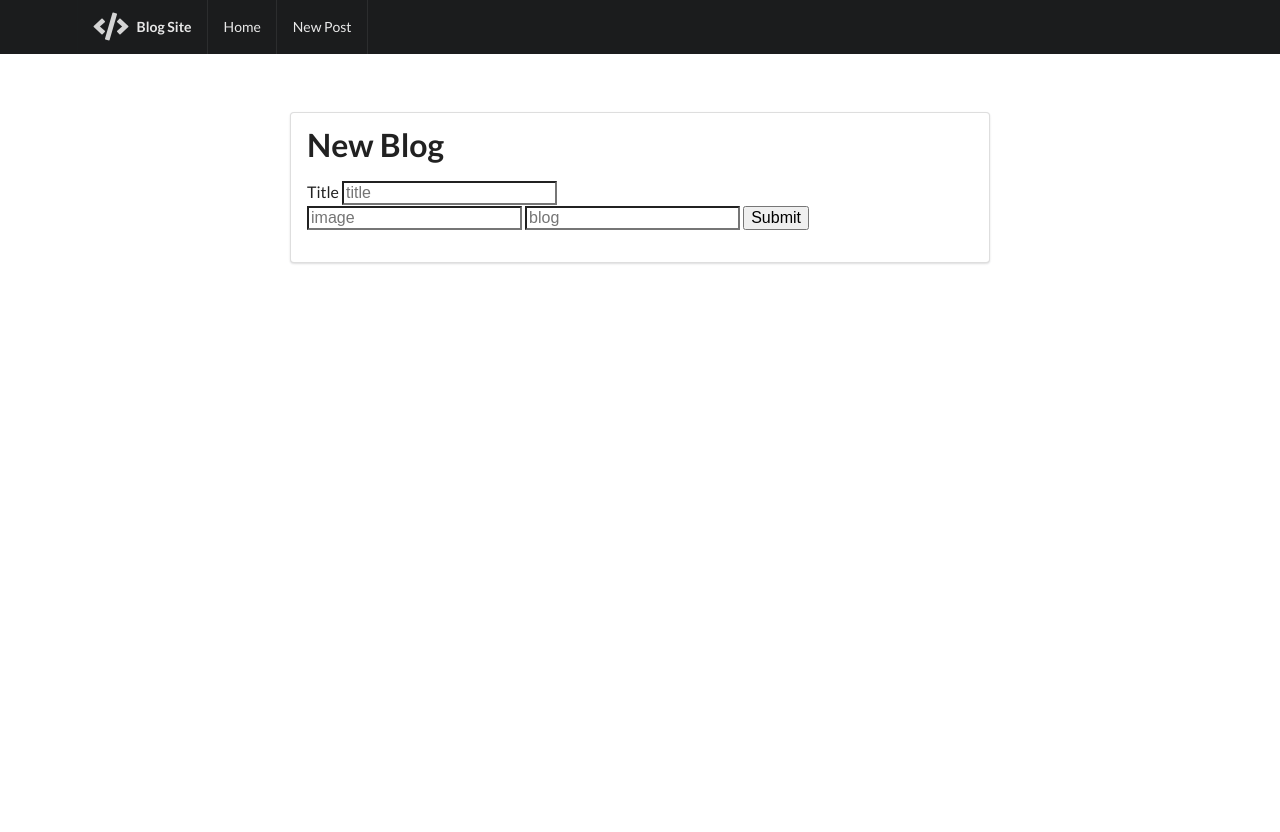
Repository: leandrobellini/Web-Developer-Bootcamp-Udemy
Page: http://localhost/blogs/new
The author's editor kept a record of every edit. The page is drawn from the files as they stood at one moment, then again after the next edit.
The browser window is 1280 px wide. The pictures show the whole page.
Some web libraries are served in a nearby version. The page is served by the project's Node server (RESTfulBlog/app.js).

Above is the page before.

### 29. RESTful Routing/workspace/RESTfulBlog/views/new.ejs
<% include ./partials/header %>

<div class="ui main text container segment">
    <div class="ui huge header">New Blog</div>
    <form action="/blogs" method="POST">
        <div class="field">
            <label>Title</label>
            <input type="text" name="blog[title]" placeholder="title">
        </div>
        <div class="field">
            <label></label>
        </div>
        <div class="field">
            <label></label>
        </div>

        <input type="text" name="blog[image]" placeholder="image">
        <input type="text" name="blog[body]" placeholder="blog">
        <input type="submit">
    </form>
</div>


<% include ./partials/footer %>

### 29. RESTful Routing/workspace/RESTfulBlog/views/partials/header.ejs
<html>
    <head>
        <title>Blog App</title>
        <link rel="stylesheet" type="text/css" href="https://cdnjs.cloudflare.com/ajax/libs/semantic-ui/2.2.11/semantic.css" >
        <link rel="stylesheet" type="text/css" href="/stylesheets/app.css" >
    </head>
    <body>
        <div class="ui fixed inverted menu">
            <div class="ui container">
                <div class="header item">
                    <i class="code icon"></i>
                    Blog Site
                </div>
                <a href="/" class="item">Home</a>
                <a href="/blogs/new" class="item">New Post</a>
            </div>
        </div>

### 29. RESTful Routing/workspace/RESTfulBlog/views/partials/footer.ejs

    </body>
</html>

### 29. RESTful Routing/workspace/RESTfulBlog/app.js
var express =       require("express"),
    app =           express(),
    bodyParser =    require("body-parser"),
    methodOverride = require("method-override"),
    expressSanitizer = require("express-sanitizer"),
    mongoose =      require("mongoose");


//DataBase connect
mongoose.connect("mongodb://localhost/restful_glob_app");

//APP config
app.set("view engine", "ejs");
app.use(express.static("public"));  //pasta a ser usada para arquivos publicos (css, js, imagens)
app.use(bodyParser.urlencoded({extended: true}));
app.use(expressSanitizer());
app.use(methodOverride("_method"));


//MONGO SCHEMA config
var blogSchema = new mongoose.Schema({
    title: String,
    image: String,  //image: {type: String, default: "padrao.jpg"}
    body: String,
    created: {type: Date, default: Date.now}
});

//MONGO MODEL config
var Blog = mongoose.model("Blog",  blogSchema);

// Blog.create({
//     title: "Que dia lindo",
//     image: "https://encrypted-tbn0.gstatic.com/images?q=tbn:ANd9GcQ67GLfV2ki8FH_fPhBaTSIQFJOi5rkvhxhO-1_MavfrL2cB1lt",
//     body: "Nao muito a dizer!"
// });

//RESTful ROUTES
app.get("/", function(req, res) {
   res.redirect("/blogs");
});

app.get("/blogs", function(req, res){
    Blog.find({}, function(err, blogs){
       if(err){
           console.log("Error when trying to find blogs");
       } else{
           res.render("index", {blogs: blogs});
       }
    });
});

app.post("/blogs", function(req, res){
    Blog.create(req.body.blog, function(err, newBlog){
        if(err){
            res.render("/blogs/new");
        }else{
            res.redirect("/blogs");
        }
    });
});

app.get("/blogs/new", function(req, res) {
   res.render("new");
});

app.get("/blogs/:id", function(req, res) {
   Blog.findById(req.params.id, function(err, foundBlog){
       if(err){
           console.log("No found!");
           res.redirect("/blogs");
       }else{
           res.render("show", {blog: foundBlog});
       }
   });
});

app.get("/blogs/:id/edit", function(req, res) {
    Blog.findById(req.params.id, function(err, foundBlog){
       if(err){
           res.redirect("/blogs");
       }else{
           res.render("edit", {blog: foundBlog});
       }
    });
});

app.put("/blogs/:id", function(req, res){
    /* Blog.findByIdAndUpdate(id, newData, callBack) */

    Blog.findByIdAndUpdate(req.params.id, req.body.blog, function(err, updatedBlog){
      if(err){
          res.redirect("/blogs");
      }else{
          res.redirect("/blogs/" + req.params.id);
      }
    });

});

app.delete("/blogs/:id", function(req, res){
    //destroy blog
    Blog.findByIdAndRemove(req.params.id, function(err){
        if(err){
            res.redirect("/blogs");
        }else{
            res.redirect("/blogs");
        }
    })
});

app.listen(process.env.PORT, process.env.IP, function(){
    console.log("running...");
});

### 29. RESTful Routing/workspace/RESTfulBlog/public/stylesheets/app.css
i.icon{
    font-size: 2em;
}

.container.main{
    margin-top: 7.0em;
}

After the next edit:
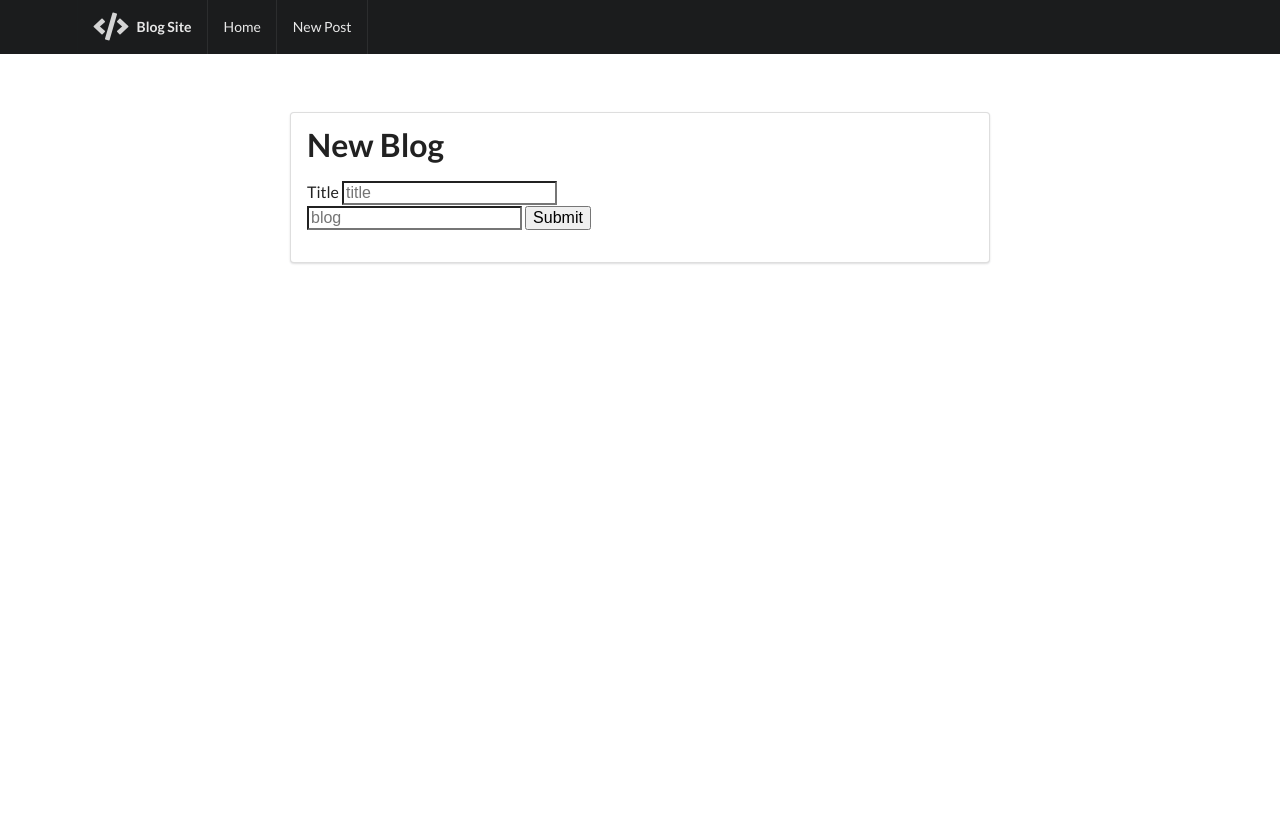
The edit:
--- a/29. RESTful Routing/workspace/RESTfulBlog/views/new.ejs
+++ b/29. RESTful Routing/workspace/RESTfulBlog/views/new.ejs
@@ -14,7 +14,7 @@
             <label></label>
         </div>
 
-        <input type="text" name="blog[image]" placeholder="image">
+
         <input type="text" name="blog[body]" placeholder="blog">
         <input type="submit">
     </form>
